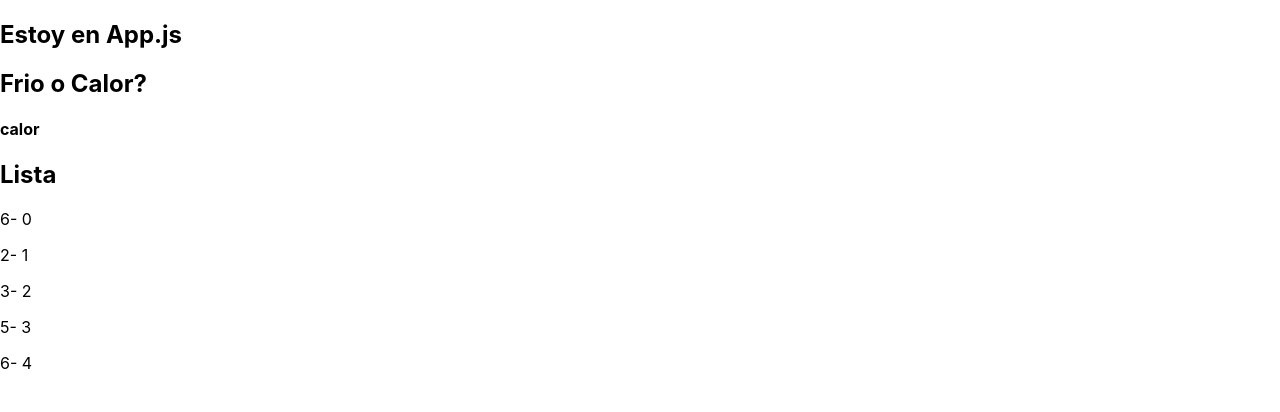
Repository: geraldine-ventura/Jsx-practica-terminada
Page: /
An editor plug-in stored every save of this project. The page is shown before and after the next save, followed by the edit.
The browser window is 1280 px wide. The pictures show the whole page.
The project was rebuilt for these pictures with package versions that can differ from the ones it lists, and the page was loaded fresh each time.

Above is the page before, as saved 2022-12-28 19:35:53.

After the next save:
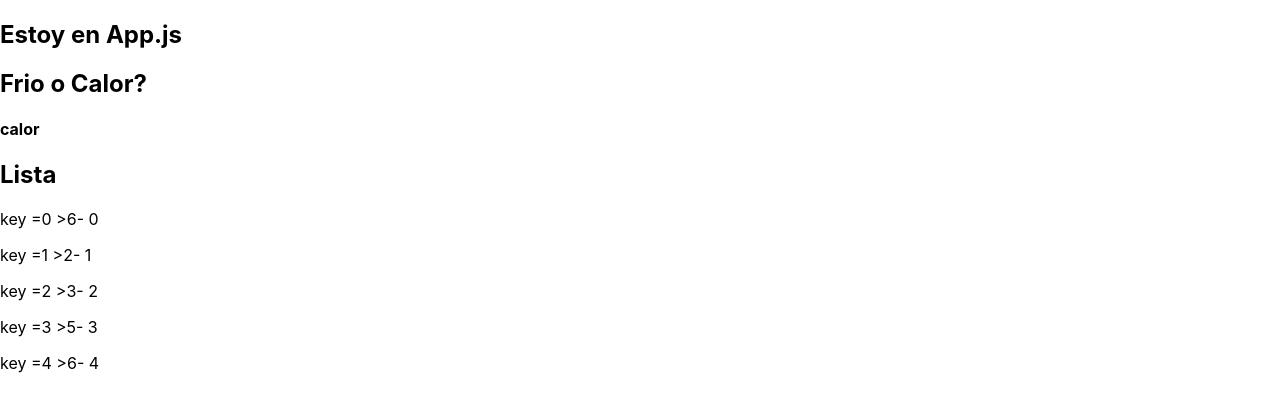
Saved 43 s later.
--- a/src/componetes/Lista.js
+++ b/src/componetes/Lista.js
@@ -8,7 +8,7 @@
           <h2> Lista</h2>
           {
             arrayNumero.map((item,index )=>
-                <p>{item}- {index}</p>
+                <p>key ={index} >{item}- {index}</p>
             )
           }
         </Fragment>

After the save that followed:
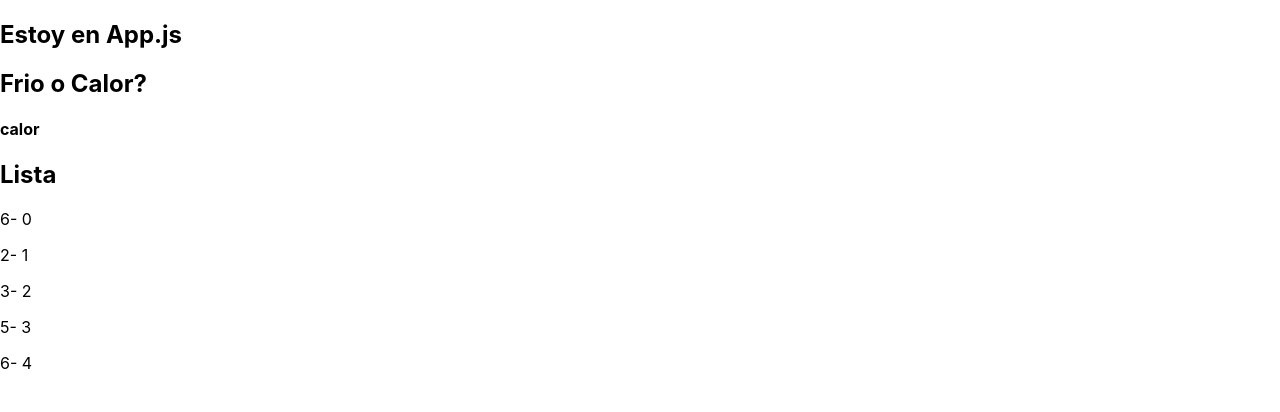
Saved 56 s later.
--- a/src/componetes/Lista.js
+++ b/src/componetes/Lista.js
@@ -8,7 +8,7 @@
           <h2> Lista</h2>
           {
             arrayNumero.map((item,index )=>
-                <p>key ={index} >{item}- {index}</p>
+                <p key ={index}> {item}- {index}</p>
             )
           }
         </Fragment>
